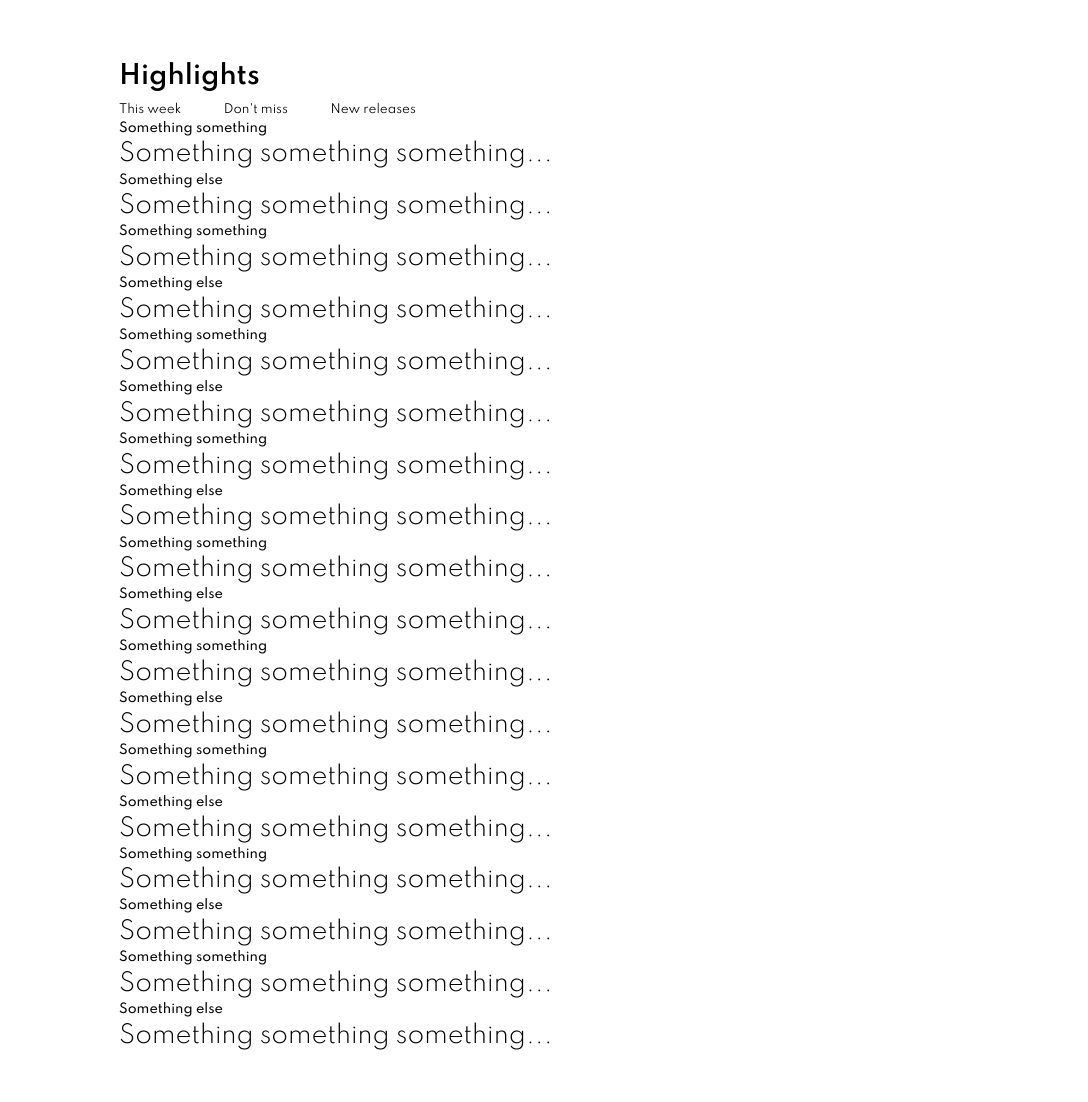
Repository: vvogt/fameworks_vv
Page: /
The author's editor kept a copy of each file at every save. The page is drawn from the files as they stood at one save, then again after the next save.
The browser window is 1280 px wide. The pictures show the part of the page from y = 607 to 1903 px (the page is 1903 px tall before and 1759 px after), at 85% of full size.
Pictures or frames that could not be fetched are drawn as grey boxes. The project was rebuilt for these pictures with package versions that can differ from the ones it lists, and the page was loaded fresh each time. Also part of the build but not shown: src/components/NotFound.js. Imported but missing from the stored project, and not drawn on this page: src/assets/videos/seald_fullhd.mp4.

Above is the page before, as saved 2020-03-28 17:34:55.

After the next save:
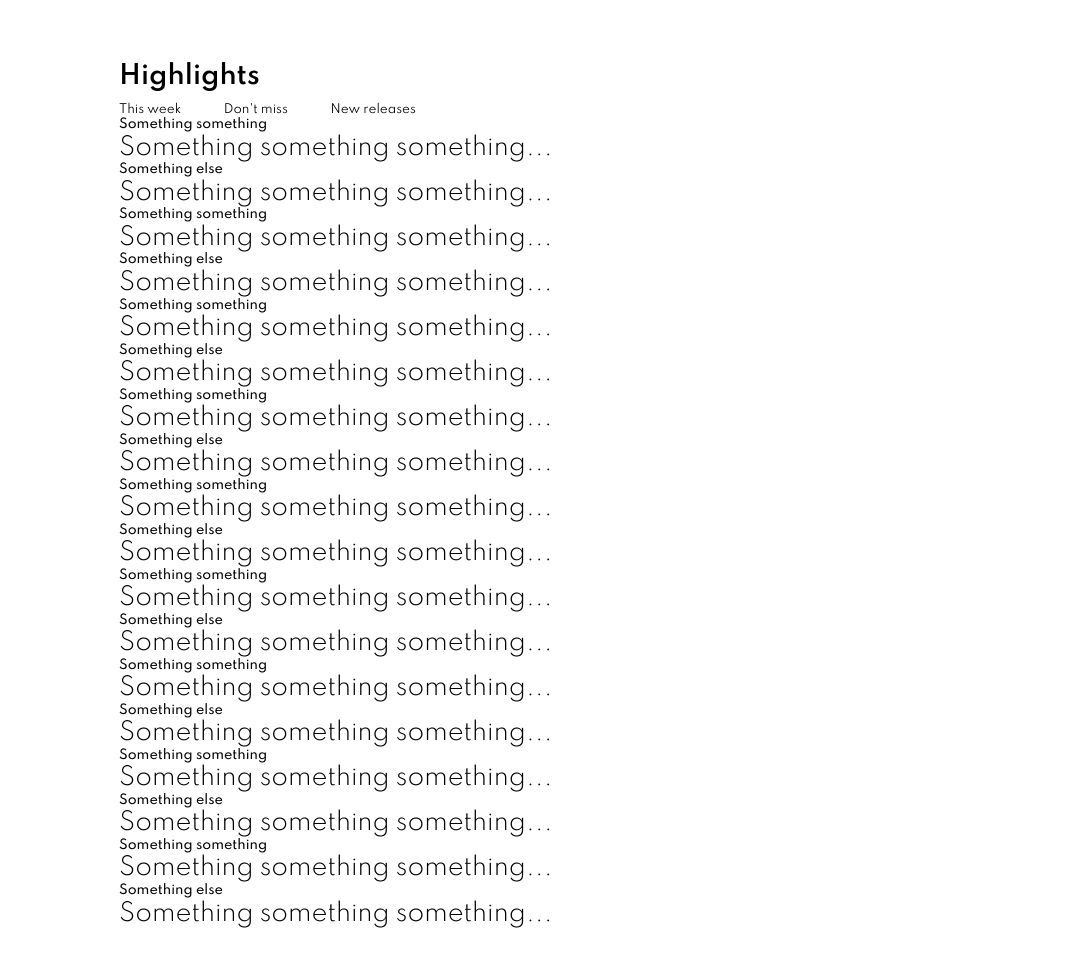
Saved 13 s later.
--- a/src/scss/_base.body.scss
+++ b/src/scss/_base.body.scss
@@ -81,7 +81,7 @@
 
 h3 {
   font-size: rem-calc(15);
-  line-height: rem-calc(26);
+  line-height: rem-calc(18);
 }
 
 h4 {
